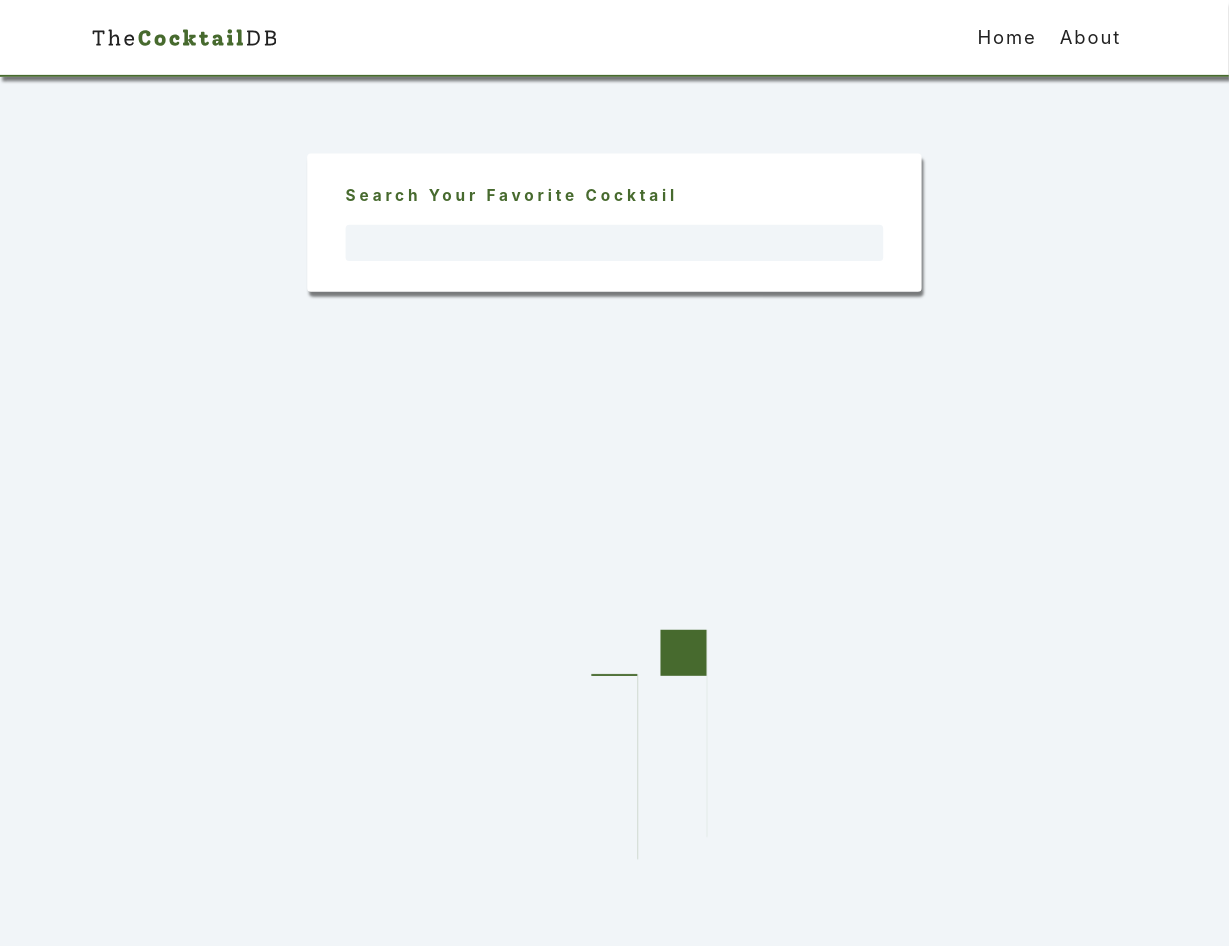
Repository: bodescuanamariia/cocktails
Page: /
The author's editor kept a copy of each file at every save. The page is drawn from the files as they stood at one save, then again after the next save.
The browser window is 1280 px wide. The pictures show the whole page, at 96% of full size.
The page's requests for data from a server got no answer. The project was rebuilt for these pictures with package versions that can differ from the ones it lists, and the page was loaded fresh each time. No one was signed in, and anything a server would have sent is missing. Also part of the build but not shown: src/components/Cocktail.js, src/pages/About.js, src/pages/SingleCocktail.js, src/pages/Error.js.

Above is the page before, as saved 2022-05-06 14:44:07.

### src/App.js
import React from "react";
import { BrowserRouter as Router, Route, Routes } from "react-router-dom";
// import pages
import Home from "./pages/Home";
import About from "./pages/About";
import SingleCocktail from "./pages/SingleCocktail";
import Error from "./pages/Error";
// import components
import Navbar from "./components/Navbar";
function App() {
  return (
    <Router>
      <Navbar />
      <Routes>
        <Route exact path="/" element={<Home />} />
        <Route path="about" element={<About />} />
        <Route path="cocktail/:id" element={<SingleCocktail />} />
        <Route path="*" element={<Error />} />
      </Routes>
    </Router>
  );
}

export default App;

### src/context.js
import React, { useState, useContext, useEffect } from "react";
import { useCallback } from "react";

const url = "https://www.thecocktaildb.com/api/json/v1/1/search.php?s=";
const AppContext = React.createContext();

const AppProvider = ({ children }) => {
  const [loading, setLoading] = useState(false);
  const [searchTerm, setSearchTerm] = useState("d");
  const [cocktails, setCocktails] = useState([]);

  const fetchDrinks = async () => {
    setLoading(true);
    try {
      const response = await fetch(`${url}${searchTerm}`);
      const data = await response.json();
      const { drinks } = data;

      if (drinks) {
        const newCocktails = drinks.map((item) => {
          const { idDrink, strDrink, strDrinkThumb, strAlcoholic, strGlass } =
            item;
          return {
            id: idDrink,
            name: strDrink,
            image: strDrinkThumb,
            info: strAlcoholic,
            glass: strGlass,
          };
        });
        setCocktails(newCocktails);
      } else {
        setCocktails([]);
      }
      setLoading(false);
    } catch (error) {
      console.log(error);
    }
  };

  useEffect(() => {
    fetchDrinks();
  }, [searchTerm]);

  return (
    <AppContext.Provider
      value={{ loading, searchTerm, cocktails, setSearchTerm }}
    >
      {children}
    </AppContext.Provider>
  );
};
export const useGlobalContext = () => {
  return useContext(AppContext);
};

export { AppContext, AppProvider };

### src/components/CocktailList.js
import React from "react";
import Cocktail from "./Cocktail";
import Loading from "./Loading";
import { useGlobalContext } from "../context";

const CocktailList = () => {
  const { cocktails, loading } = useGlobalContext();

  if (loading) {
    return <Loading />;
  }
  if (cocktails.length < 1) {
    return (
      <h2 className="section-title">
        No cocktails matched your search criteria
      </h2>
    );
  }

  return (
    <section className="section">
      <h2 className="section-title">cocktail list component</h2>
      <div className="cocktails-center">
        {cocktails.map((item) => {
          return <Cocktail key={item.id} {...item} />;
        })}
      </div>
    </section>
  );
};

export default CocktailList;

### src/components/SearchForm.js
import React from "react";
import { useGlobalContext } from "../context";

const SearchForm = () => {
  const { setSearchTerm } = useGlobalContext();
  const searchValue = React.useRef("");

  const searchCocktail = () => {
    setSearchTerm(searchValue.current.value);
  };
  return (
    <section className="section">
      <form className="search-form">
        <div className="form-control">
          <label htmlFor="name">search your favorite cocktail</label>
          <input
            type="text"
            id="name"
            ref={searchValue}
            onChange={searchCocktail}
          ></input>
        </div>
      </form>
    </section>
  );
};

export default SearchForm;

Loaded but not shown: public/index.html (common file); src/index.js (common file); src/index.css (common file); src/pages/Home.js (common file); src/components/Navbar.js (common file); src/components/Loading.js (common file)

After the next save:
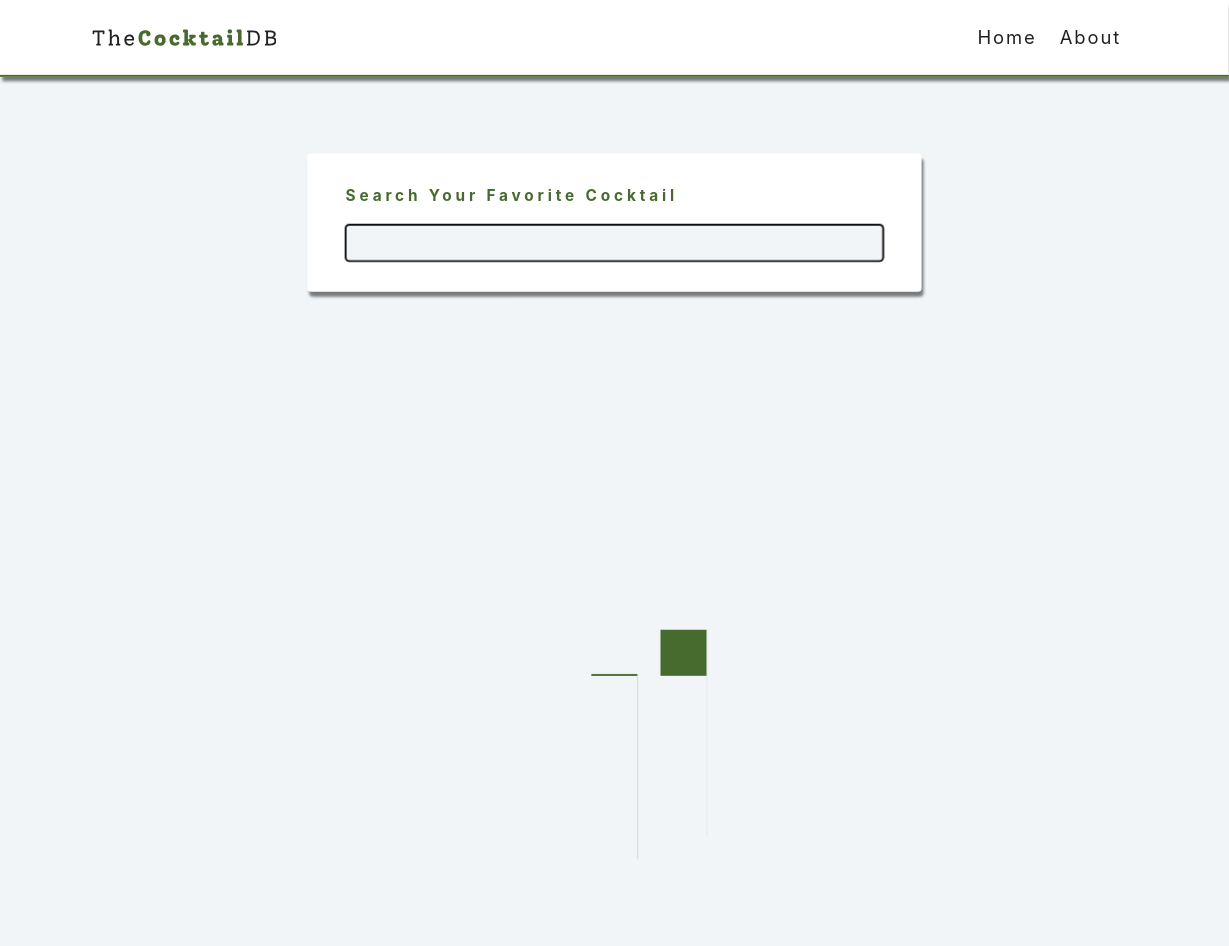
Saved 69 s later.
--- a/src/components/SearchForm.js
+++ b/src/components/SearchForm.js
@@ -4,6 +4,10 @@ import { useGlobalContext } from "../context";
 const SearchForm = () => {
   const { setSearchTerm } = useGlobalContext();
   const searchValue = React.useRef("");
+
+  React.useEffect(() => {
+    searchValue.current.focus();
+  }, []);
 
   const searchCocktail = () => {
     setSearchTerm(searchValue.current.value);
